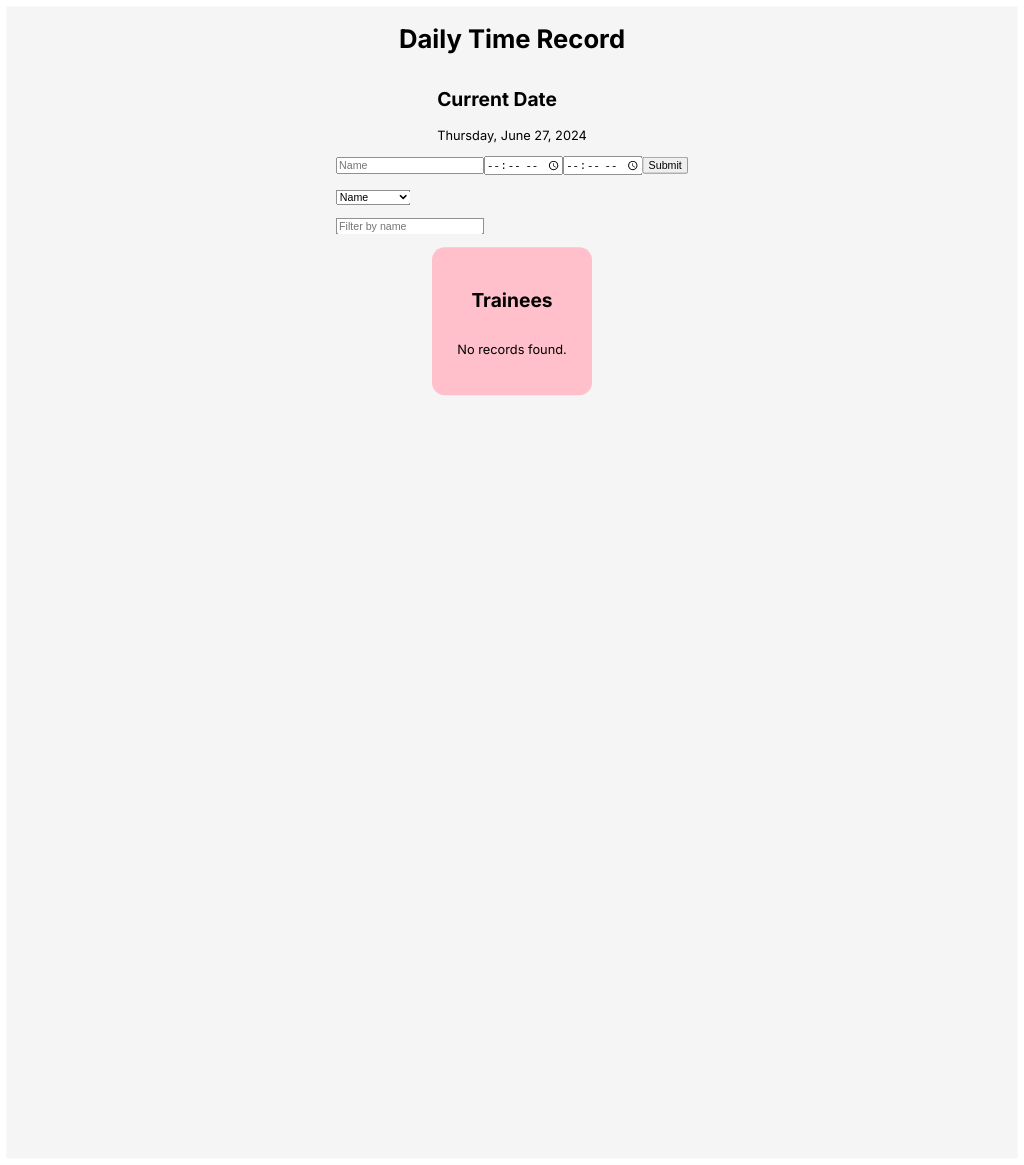
Repository: EeeeeEyyyy/daily_time_record
Page: /
The author's editor kept a copy of each file at every save. The page is drawn from the files as they stood at one save, then again after the next save.
The browser window is 1280 px wide. The pictures show the whole page, at 80% of full size.
The project was rebuilt for these pictures with package versions that can differ from the ones it lists, and the page was loaded fresh each time. The framework's server and built-in components were replaced by stand-ins that run in the browser. Also part of the build but not shown: next.config.mjs, src/app/globals.css.

Above is the page before, as saved 2024-06-27 15:25:37.

### src/app/layout.js
import { Inter } from "next/font/google";
import "./globals.css";

const inter = Inter({ subsets: ["latin"] });

export const metadata = {
  title: "Daily Time Record",
  description: "Generated by create next app",
};

export default function RootLayout({ children }) {
  return (
    <html lang="en">
      <body className={inter.className}>{children}</body>
    </html>
  );
}

### src/app/page.js
"use client";
import React, { useEffect, useState } from 'react';
import styles from './page.module.css';
const DailyTimeRecord = () => {
  const [data, setData] = useState([]);
  const [name, setName] = useState('');
  const [arrivalTime, setArrivalTime] = useState('');
  const [timeOut, setTimeOut] = useState('');
  const [date, setDate] = useState('');
  const [errors, setErrors] = useState({ name: '', arrivalTime: '', timeOut: '' });
  const [filter, setFilter] = useState('');
  const [filterType, setFilterType] = useState('name');
  const [editIndex, setEditIndex] = useState(null);
  useEffect(() => {
    const storedData = JSON.parse(localStorage.getItem('user')) || [];
    setData(storedData);
    setDate(getCurrentDate());
  }, []);
  const getCurrentDate = () => {
    const now = new Date();
    return now.toLocaleDateString('en-US', {
      weekday: 'long',
      year: 'numeric',
      month: 'long',
      day: 'numeric'
    });
  };
  const formatTimeForInput = (time) => {
    const date = new Date();
    const [hours, minutes] = time.split(':');
    date.setHours(hours);
    date.setMinutes(minutes);
    return date.toTimeString().slice(0, 5);
  };
  const handleChangeName = (value) => {
    setName(value);
  };
  const handleChangeArrivalTime = (value) => {
    setArrivalTime(value);
  };
  const handleChangeTimeOut = (value) => {
    setTimeOut(value);
  };
  const handleSubmit = () => {
    const newErrors = {
      name: name ? '' : 'Name is required',
      arrivalTime: arrivalTime ? '' : 'Arrival time is required',
      timeOut: timeOut ? '' : 'Time out is required'
    };
    if (newErrors.name || newErrors.arrivalTime || newErrors.timeOut) {
      setErrors(newErrors);
      return;
    }
    const payload = {
      name,
      date,
      arrivalTime: formatTimeForInput(arrivalTime),
      timeOut: formatTimeForInput(timeOut)
    };
    if (editIndex !== null) {
      const updatedData = data.map((item, index) =>
        index === editIndex ? payload : item
      );
      setData(updatedData);
      localStorage.setItem('user', JSON.stringify(updatedData));
      setEditIndex(null);
    } else {
      const updatedData = [...data, payload];
      setData(updatedData);
      localStorage.setItem('user', JSON.stringify(updatedData));
    }
    setName('');
    setArrivalTime('');
    setTimeOut('');
    setErrors({ name: '', arrivalTime: '', timeOut: '' });
  };
  const handleDelete = (index) => {
    const updatedData = data.filter((_, i) => i !== index);
    setData(updatedData);
    localStorage.setItem('user', JSON.stringify(updatedData));
  };
  const handleEdit = (index) => {
    const record = data[index];
    setName(record.name);
    setArrivalTime(record.arrivalTime);
    setTimeOut(record.timeOut);
    setEditIndex(index);
  };
  const handleFilterChange = (e) => {
    setFilter(e.target.value);
  };
  const handleFilterTypeChange = (e) => {
    setFilterType(e.target.value);
  };
  const filteredData = data.filter((item) => {
    const searchTerm = filter.toLowerCase();
    if (filterType === 'name') {
      return item.name.toLowerCase().includes(searchTerm);
    } else if (filterType === 'date') {
      return item.date.toLowerCase().includes(searchTerm);
    } else if (filterType === 'arrivalTime') {
      return item.arrivalTime.toLowerCase().includes(searchTerm);
    } else if (filterType === 'timeOut') {
      return item.timeOut.toLowerCase().includes(searchTerm);
    }
    return false;
  });
  return (
    <div className={styles.main}>
              <h1>Daily Time Record</h1>
      <div>
        <h2>Current Date</h2>
        <p>{date}</p>
      </div>
<div>
        <input
        type="text"
        placeholder="Name"
        value={name}
        onChange={(e) => handleChangeName(e.target.value)}
      />
      {errors.name && <p style={{ color: 'red' }}>{errors.name}</p>}
      <input
        type="time"
        placeholder="Time of Arrival"
        value={arrivalTime}
        onChange={(e) => handleChangeArrivalTime(e.target.value)}
      />
      {errors.arrivalTime && <p style={{ color: 'red' }}>{errors.arrivalTime}</p>}
      <input
        type="time"
        placeholder="Time Out"
        value={timeOut}
        onChange={(e) => handleChangeTimeOut(e.target.value)}
      />
      {errors.timeOut && <p style={{ color: 'red' }}>{errors.timeOut}</p>}
      <button onClick={handleSubmit}>
        {editIndex !== null ? 'Update' : 'Submit'}
      </button>
      <div style={{ marginTop: '1rem' }}>
        <select value={filterType} onChange={handleFilterTypeChange}>
          <option value="name">Name</option>
          <option value="date">Date</option>
          <option value="arrivalTime">Arrival Time</option>
          <option value="timeOut">Time Out</option>
        </select>
        <input
          type="text"
          placeholder={`Filter by ${filterType}`}
          value={filter}
          onChange={handleFilterChange}
          style={{ display: 'block', marginTop: '1rem' }}
        />
      </div>
</div>
      <div className={styles.trainees_m}style={{ marginTop: '1rem' }}>
        <h2>Trainees</h2>
        {filteredData.length > 0 ? (
          filteredData.map((item, index) => (
            <div className={styles.trainees} key={index} style={{ marginBottom: '1rem' }}>
         <div className={styles.details}>
               <pre >
                <span className={styles.details_b}>Name:</span> {item.name}<br />
                <span className={styles.details_b}>Date:</span> {item.date}<br />
                <span className={styles.details_b}>Time of Arrival:</span> {item.arrivalTime}<br />
                <span className={styles.details_b}>Time Out:</span> {item.timeOut}
              </pre>
         </div>
             <div className={styles.button_e_d}> <button onClick={() => handleEdit(index)}>Edit</button>
              <button onClick={() => handleDelete(index)}>Delete</button></div>
            </div>
          ))
        ) : (
          <p>No records found.</p>
        )}
      </div>
    </div>
  );
};
export default DailyTimeRecord;

### src/app/page.module.css
.main{
    background-color: #f5f5f5;
    height: 200vh;
    display:flex;
    flex-direction:column;
    align-items:center;
}
.trainees_m{
border-radius:1rem;
background:pink;
padding:2rem;
margin:2rem;
display:flex ;
flex-direction:column;
align-items: center;
}
.trainees{
    display: flex;
    flex-direction: row;
    justify-content:space-between;
    background: rgba( 255, 255, 255, 0.25 );
box-shadow: 0 8px 32px 0 rgba( 31, 38, 135, 0.37 );
backdrop-filter: blur( 4px );
-webkit-backdrop-filter: blur( 4px );
border-radius: 1rem;
border: 1px solid rgba( 255, 255, 255, 0.18 );
    margin:1rem 2rem;
    padding: 1rem 2.5rem;
    width:30rem;
}
.details_b{
    font-weight: bold;
}
.button_e_d{
    display: flex;
    flex-direction: row;
    justify-content:center;
    gap:1rem;
    height:2rem;
    align-items: center;
    padding-top:1.8rem;

}

After the next save:
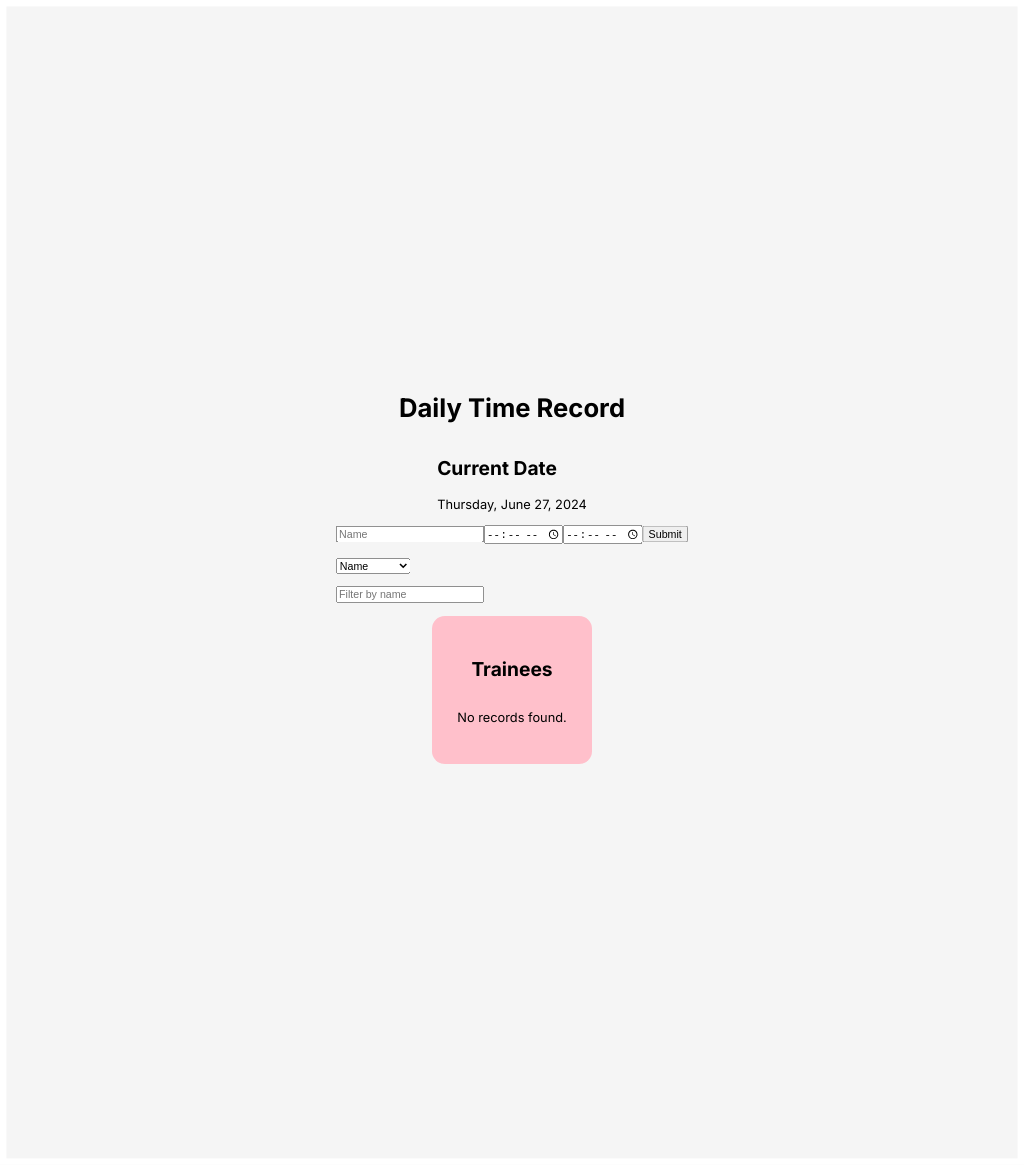
Saved 29 s later.
--- a/src/app/page.module.css
+++ b/src/app/page.module.css
@@ -4,6 +4,7 @@
     display:flex;
     flex-direction:column;
     align-items:center;
+    justify-content: center;
 }
 .trainees_m{
 border-radius:1rem;
